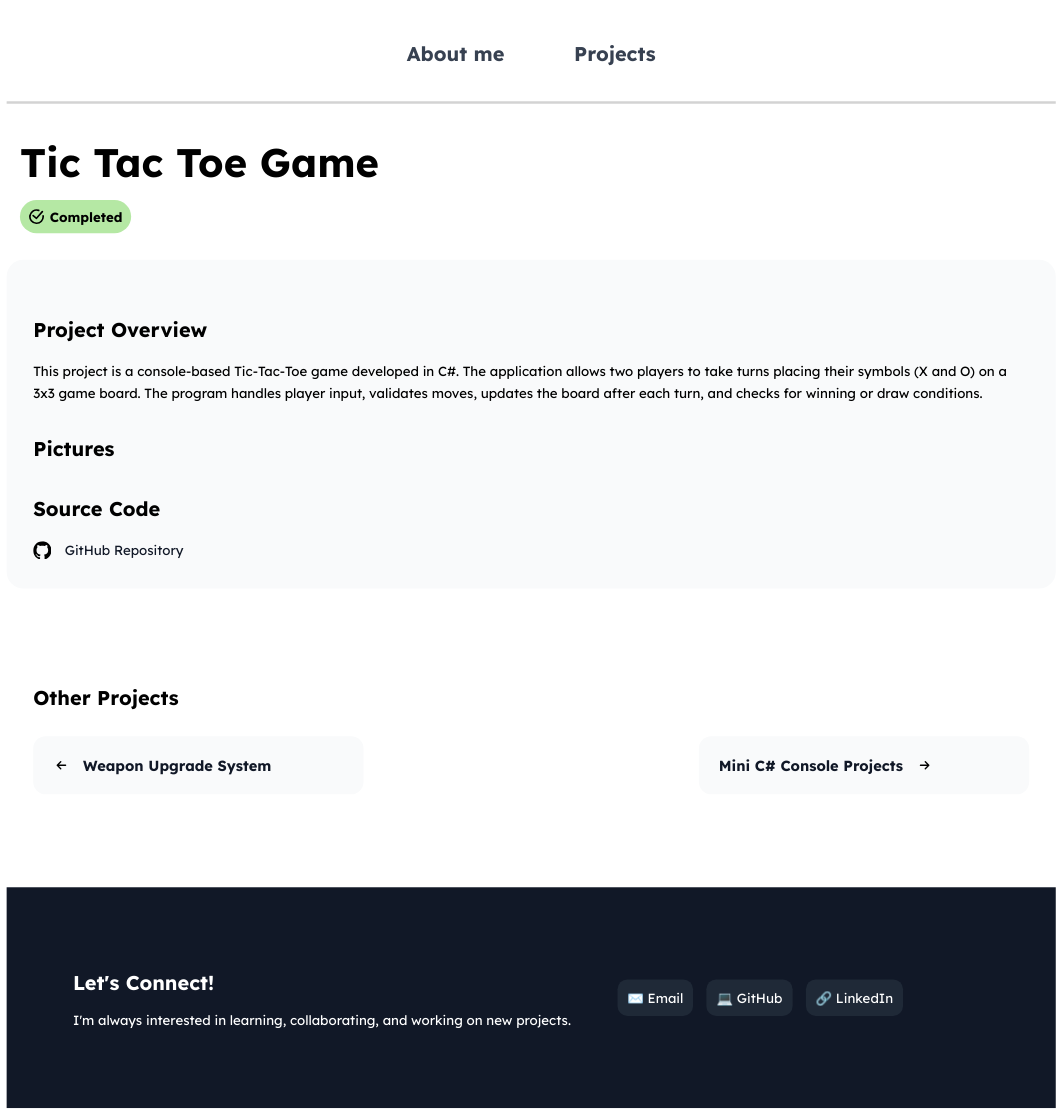
Repository: perrybalaba/perrybalaba
Page: pages/tic-tac-toe.html
The author's editor kept a copy of each file at every save. The page is drawn from the files as they stood at one save, then again after the next save.
The browser window is 1280 px wide. The pictures show the whole page, at 83% of full size.

Above is the page before, as saved 2026-05-14 20:16:15.

### pages/tic-tac-toe.html
<!DOCTYPE html>
<html lang="en">
<head>
    <meta charset="UTF-8">
    <meta name="viewport" content="width=device-width, initial-scale=1.0">
    <title> Perry's Portfolio </title>
    <link rel="stylesheet" href="../styles/projects.css"/>
    <link rel="stylesheet" href="../styles/globals.css"/>
</head>
<body>
    <main>
        <!-- NAVIGATION BAR -->
        <nav class="Nav-Bar">
            <ul>
                <li><a href="../index.html"> About me </a></li>
                <li><a href="../pages/weapon-upgrade.html"> Projects </a></li>
            </ul>
        </nav>
        <!-- INFO -->
        <div class="Project-Info">
            <div class="Project-Info-Container">
                <h2> Tic Tac Toe Game </h2>
                <div class="Project-Stats">
                    <span class="Completed">
                        <img src="../assets/images/check-circle-svgrepo-com.svg" alt="completed"/>
                        Completed
                    </span>
                </div>
                <div class="Project-Info-Card">
                    <h3> Project Overview </h3>
                        <p>
                            This project is a console-based Tic-Tac-Toe game developed in C#. The application allows
                            two players to take turns placing their symbols (X and O) on a 3x3 game board. The program
                            handles player input, validates moves, updates the board after each turn, and checks for winning
                            or draw conditions.
                        </p>
                    <h3> Pictures </h3>
                    <h3> Source Code </h3>
                        <div class="GitHub-Repo">
                            <a href="">
                                <img src="../assets/images/github-142-svgrepo-com.svg" alt="github logo">
                                GitHub Repository
                            </a>
                        </div>
                </div>
            </div>
        </div>

        <!-- MORE PROJECTS -->
        <div class="Other-Projects">
            <h2> Other Projects </h2>
            <div class="Other-Projects-Container">
                <div class="Other-Projects-Card Left-Card">
                    <a href="./weapon-upgrade.html">
                    <img src="../assets/images/arrow-sm-left-svgrepo-com.svg">
                    Weapon Upgrade System
                    </a>
                </div>

                <div class="Other-Projects-Card Right-Card">
                    <a href="./console-projects.html">
                        Mini C# Console Projects
                        <img src="../assets/images/arrow-sm-right-svgrepo-com.svg">
                    </a>
                </div>
            </div>
        </div>


        <!-- CONTACT -->
        <div class="Contact">
            <div class="Contact-Container">
                <div class="Contact-Text">
                    <h2> Let's Connect! </h2>
                    <p>
                        I'm always interested in learning, collaborating, and working on new projects.
                    </p>
                </div>

                <div class="Contact-Links">
                    <a href="mailto:balabaperry@gmail.com"> ✉️ Email</a>
                    <a href="https://github.com/perrybalaba"> 💻 GitHub </a>
                    <a href="https://www.linkedin.com/in/ann-karen-balaba-46b839387/"> 🔗 LinkedIn</a>
                </div>
            </div>
        </div>

    </main>
</body>
</html>

### styles/projects.css
/* NAVIGATION BAR */
.Nav-Bar {
    padding: 1rem;
    border-bottom: 3px solid lightgray;
}

nav ul {
    list-style: none;
    display: flex;
    justify-content: center;
    flex-wrap: wrap;
    gap: 2rem;
    padding: 0;
}

nav ul li a {
    display: block;
    text-align: center;
    padding: .75rem 1rem;
    text-decoration: none;
    color: #374151;
    font-weight: bold;
    padding: 10px;
    border-radius: 10px;
    font-size: 1rem;
    transition: 0.2s;
}

nav ul li a:hover {
    transform: scale(1.08);
    background-color: #f3f4f6;
    color: black;
}

/* PROJECT */
.Other-Projects {
    max-width: 1100px;
    margin: 0;
    padding: 2rem;
}

.Project-Info-Container h2 {
    font-size: 3rem;
    margin-bottom: 1rem;
    margin-left: 1rem;
}

.Project-Stats {
    margin-left: 1rem;
}

.Project-Stats {
    display: flex;
    gap: 1rem;
    flex-wrap: wrap;
    margin-bottom: 2rem;
}

.Work-In-Progress {
    display: flex;
    align-items: center;
    gap: 6px;
    background-color: #fffaaf;
    padding: 10px;
    border-radius: 1000px;
    font-weight: bold;
}

.Work-In-Progress img {
    width: 20px;
    height: 20px;
}

.Completed {
    display: flex;
    align-items: center;
    gap: 6px;
    background-color: #b5e8a4;
    padding: 10px;
    border-radius: 1000px;
    font-weight: bold;
}

.Completed img {
    width: 20px;
    height: 20px;
}

.Not-Started {
    display: flex;
    align-items: center;
    gap: 6px;
    background-color: #ed5757;
    padding: 10px;
    border-radius: 1000px;
    font-weight: bold;
}

.Not-Started img {
    width: 20px;
    height: 20px;
}

.Project-Info-Card {
    background-color: #f9fafb;
    padding: 2rem;
    border-radius: 20px;
    line-height: 1.7;
}

.Project-Info-Card h3 {
    font-size: 1.5rem;
    margin-bottom: 1rem;
    margin-top: 2rem;
}

.GitHub-Repo a {
    text-decoration: none;
    color: #111827;
    display: flex;
    align-items: center;
    gap: 1rem;
    transition: 0.2s ease;
}

.GitHub-Repo a:hover {
    transform: scale(1.01);
}

.GitHub-Repo img {
    width: 22px;
    height: 22px;
}

/* OTHER PROJECTS */
.Other-Projects {
    margin-top: 4rem;
    max-width: 1200px;
    padding: 2rem;
}

.Other-Projects-Container {
    display: flex;
    flex-direction: column;
    gap: 1rem;
    margin-top: 2rem;
}

.Other-Projects h2 {
    margin-bottom: 2rem;
}

.Other-Projects-Card {
    background-color: #f9fafb;
    padding: 1.5rem;
    border-radius: 15px;
    width: 100%;
    transition: 0.2s ease;
}

.Other-Projects-Card:hover {
    transform: translateY(-5px);
    background-color: #f3f4f6;
}

.Other-Projects-Card a {
    text-decoration: none;
    color: #111827;
    font-weight: bold;
    font-size: 1.1rem;
    display:flex;
    align-items: center;
    gap: 1rem;
}

.Other-Projects-Card img {
    width: 20px;
    height: 20px;
    transition: transform 0.2s ease;
}

.Left-Card:hover img {
    transform: translateX(-5px);
}

.Right-Card:hover img {
    transform: translateX(5px);
}

/* CONTACT */
.Contact {
    background-color: #111827;
    color: white;
    padding: 5rem;
    margin-top: 5rem;
}

.Contact-Container {
    display: flex;
    justify-content: space-between;
    align-items: center;
    max-width: 1000px;
    margin: 0;
    flex-wrap: wrap;
    gap: 2rem;
}

.Contact-Links {
    display: flex;
    gap: 1rem;
    flex-wrap: wrap;
}

.Contact-Links a {
    text-decoration: none;
    background-color: #1F2937;
    color: white;
    padding: 12px;
    border-radius: 12px;
    transition: 0.2s ease;
}

.Contact-Links a:hover {
    background-color: #374151;
    transform: scale(1.03);
}

### styles/globals.css
/* FONTS */
@font-face {
    font-family: "NotoSans";
    src: url(../assets/fonts/Noto_Sans/NotoSans-VariableFont_wdth\,wght.ttf);
}

@font-face {
    font-family: "Lexend";
    src: url(../assets/fonts/Lexend_Deca\,Noto_Sans/Lexend_Deca/LexendDeca-VariableFont_wght.ttf);
}

.Home-Header {
    font-family: "NotoSans";
}

.Nav-Bar {
    font-family: "Lexend";
}

main {
    font-family: "Lexend";
}

/* TABLET DESIGN */
@media (min-width: 768px) {
    /* NAVIGATION BAR */
    nav ul li a {
        font-size: 1.3rem;
    }

    /* HEADER */
    .Home-Header {
        font-size: 2.2rem;
    }

    /* ABOUT ME */
    .Info {
        flex-direction: row;
        justify-content: center;
        align-items: center;
        gap: 2rem;
        padding: 2rem;
    }

    .Description {
        width: 60%;
        max-width: 600px;
    }

    .Info img {
        max-width: 300px;
        width: 40%;
    }

    /* SKILLS */
    .Skill-Card {
        width: 260px;
    }

    .Skill-Icons img {
        width: 50px;
        height: 50px;
    }

    /* OTHER PROJECTS */
    .Other-Projects-Container {
        flex-direction: row;
        justify-content: space-between;
        align-items: center;
    }

    .Other-Projects-Card {
        width: 300px;
    }
}

/* DESKTOP */
@media (min-width: 1024px) {

    /* NAVIGATION */
    nav ul {
        gap: 4rem;
    }

    nav ul li a {
        font-size: 1.5rem;
    }

    /* ABOUT ME */
    .Info {
        gap: 5rem;
        padding: 4rem;
        justify-content: center;
        flex-direction: row;
        align-items: center;
    }

    .Description {
        max-width: 650px;
        font-size: 1.2rem;
        display: flex;
        flex-direction: column;
        align-items: center;
        justify-content: center;
        gap: 1rem;
    }

    .Info img {
        max-width: 500px;
    }

    .Home-Header {
        font-size: 4rem;
    }

    /* SKILLS */
    .Skill-Container {
        gap: 3rem;
    }

    .Skill-Card {
        width: 280px;
    }

    .Skill-Icons img {
        width: 80px;
        height: 80px;
    }

    /* SKILLS */
    .Projects-Container {
        display: flex;
        flex-direction: column;
        align-items: center;
    }

    .Project-Card {
        width: 100%;
        max-width: 850px;
        margin: 0 auto;
    }

    /* OTHER PROJECTS */
    .Other-Projects-Container {
        justify-content: space-between;
        align-items: center;
    }

    .Other-Projects-Card {
        width: 350px;
        padding: 1.5rem;
    }

    .Other-Projects-Card a {
        font-size: 1.1rem;
    }
}

After the next save:
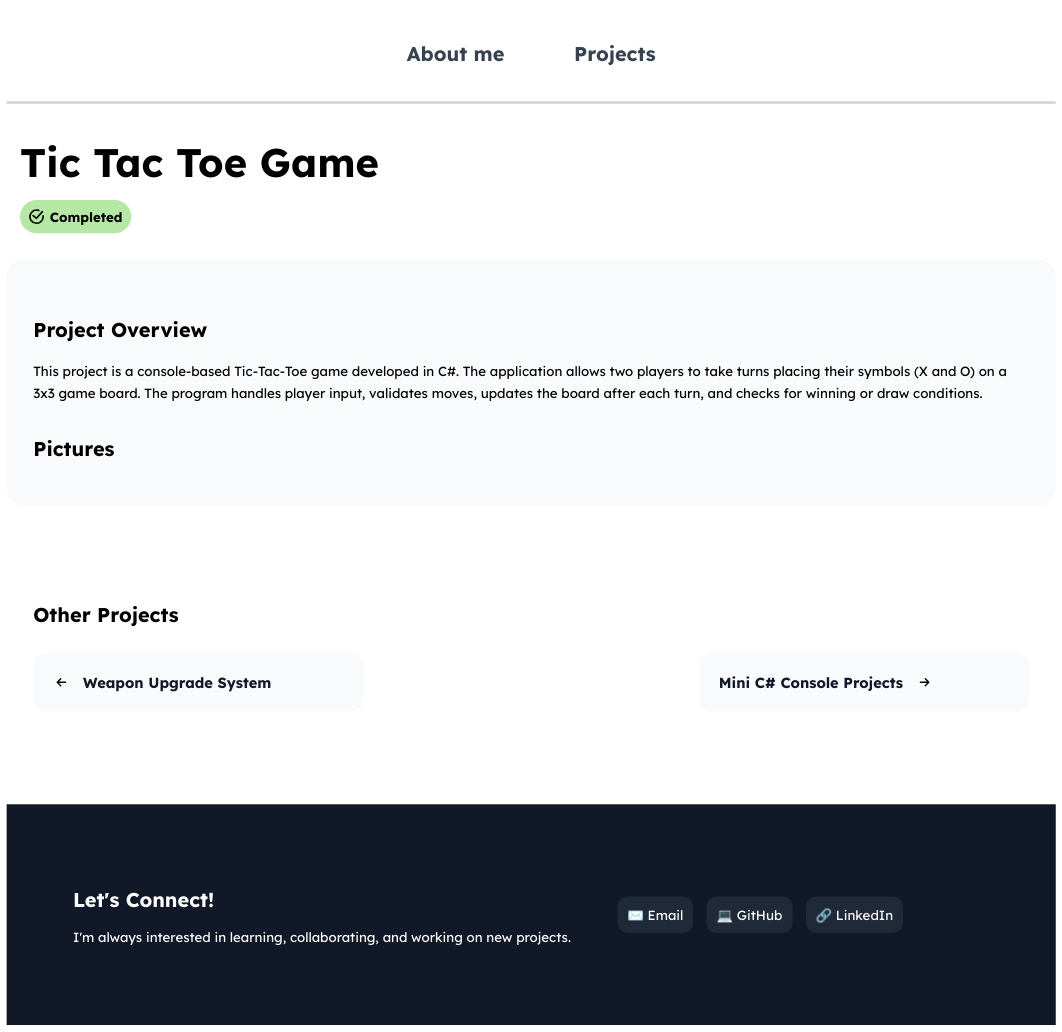
Saved 53 s later.
--- a/pages/tic-tac-toe.html
+++ b/pages/tic-tac-toe.html
@@ -35,13 +35,6 @@
                             or draw conditions.
                         </p>
                     <h3> Pictures </h3>
-                    <h3> Source Code </h3>
-                        <div class="GitHub-Repo">
-                            <a href="">
-                                <img src="../assets/images/github-142-svgrepo-com.svg" alt="github logo">
-                                GitHub Repository
-                            </a>
-                        </div>
                 </div>
             </div>
         </div>
